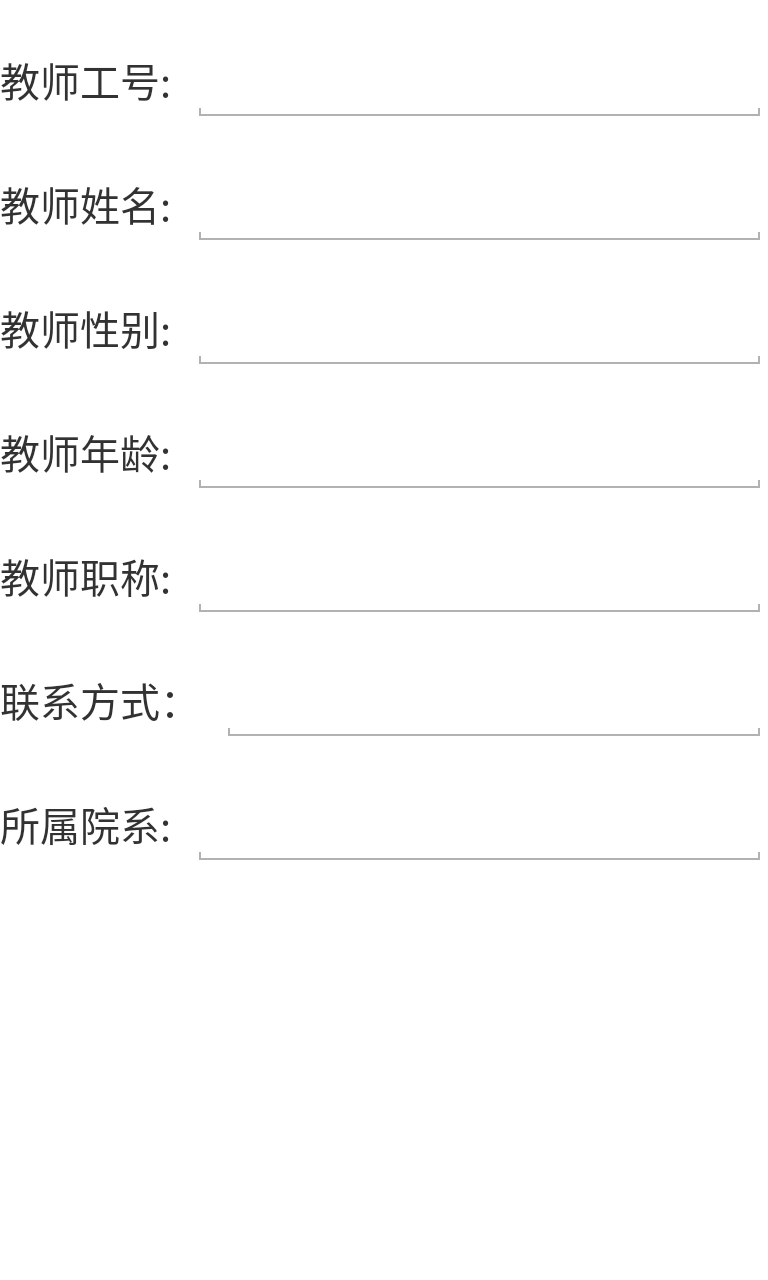
Repository: 15862175370/MyProject
Layout: 毕业设计系统源码_李伟/client/TeachSystem/res/layout/addteacher.xml
An editor plug-in stored every save of this project. The layout is shown before and after the next save, followed by the edit.
It is drawn on a 768 x 1280 px phone screen (xhdpi) without system bars, with theme AppTheme; the app's code is not run.

Above is the layout before, as saved 2016-05-20 08:55:42.

### 毕业设计系统源码_李伟/client/TeachSystem/res/layout/addteacher.xml
<?xml version="1.0" encoding="utf-8"?>
<LinearLayout xmlns:android="http://schemas.android.com/apk/res/android"
    android:layout_width="match_parent"
    android:layout_height="match_parent"
    android:orientation="vertical" >
    <LinearLayout
     android:id="@+id/cno_linearlayout"
      android:layout_width="match_parent"
        android:layout_height="wrap_content"
        android:orientation="horizontal"
        android:layout_marginTop="20dp"
        >
        <TextView
         android:id="@+id/teacher_tn"
         android:layout_width="wrap_content"
         android:layout_height="wrap_content"
         android:textSize="20dp"
         android:text="教师工号:"/>
        <EditText
            android:layout_marginLeft="10dp"
            android:id="@+id/myteacher_tno"
         android:layout_width="match_parent"
         android:layout_height="wrap_content"
          android:textSize="20dp"

            />

    </LinearLayout>
 <LinearLayout
     android:id="@+id/cno"
      android:layout_width="match_parent"
        android:layout_height="wrap_content"
        android:orientation="horizontal"
        android:layout_marginTop="20dp"
        >
        <TextView
         android:id="@+id/teach"
         android:layout_width="wrap_content"
         android:layout_height="wrap_content"
         android:textSize="20dp"
         android:text="教师姓名:"/>
        <EditText
            android:layout_marginLeft="10dp"
            android:id="@+id/myteacher_tname"
         android:layout_width="match_parent"
         android:layout_height="wrap_content"
          android:textSize="20dp"

            />

    </LinearLayout>


     <LinearLayout
     android:id="@+id/cname_linearlayout"
      android:layout_width="match_parent"
        android:layout_height="wrap_content"
        android:orientation="horizontal"
        android:layout_marginTop="20dp"

        >
        <TextView
         android:id="@+id/teacher_se"
         android:layout_width="wrap_content"
         android:layout_height="wrap_content"
         android:textSize="20dp"
         android:text="教师性别:"/>
        <EditText
              android:layout_marginLeft="10dp"
            android:id="@+id/myteacher_sex"
         android:layout_width="match_parent"
         android:layout_height="wrap_content"
          android:textSize="20dp"

            />

    </LinearLayout>


      <LinearLayout
     android:id="@+id/ctime_linearlayout"
      android:layout_width="match_parent"
        android:layout_height="wrap_content"
        android:orientation="horizontal"
        android:layout_marginTop="20dp"

        >
        <TextView
         android:id="@+id/mytea"
         android:layout_width="wrap_content"
         android:layout_height="wrap_content"
         android:textSize="20dp"
         android:text="教师年龄:"/>
        <EditText
              android:layout_marginLeft="10dp"
            android:id="@+id/myteacher_age"
         android:layout_width="match_parent"
         android:layout_height="wrap_content"
          android:textSize="20dp"

            />

    </LinearLayout>


       <LinearLayout
     android:id="@+id/cadress_linearlayout"
      android:layout_width="match_parent"
        android:layout_height="wrap_content"
        android:orientation="horizontal"
        android:layout_marginTop="20dp"

        >
        <TextView
         android:id="@+id/myteacher_pro"
         android:layout_width="wrap_content"
         android:layout_height="wrap_content"
         android:textSize="20dp"
         android:text="教师职称:"/>
        <EditText
              android:layout_marginLeft="10dp"
            android:id="@+id/teacher_prof"
         android:layout_width="match_parent"
         android:layout_height="wrap_content"
          android:textSize="20dp"

            />

    </LinearLayout>

        <LinearLayout
     android:id="@+id/content_linearlayout"
      android:layout_width="match_parent"
        android:layout_height="wrap_content"
        android:orientation="horizontal"
        android:layout_marginTop="20dp"

        >
        <TextView
         android:id="@+id/teacher_phone"
         android:layout_width="wrap_content"
         android:layout_height="wrap_content"
         android:textSize="20dp"
         android:text="联系方式："/>
        <EditText
              android:layout_marginLeft="10dp"
            android:id="@+id/myteacher_phone"
         android:layout_width="match_parent"
         android:layout_height="wrap_content"
          android:textSize="20dp"

            />

    </LinearLayout>

         <LinearLayout
     android:id="@+id/teacher_linearlayout"
      android:layout_width="match_parent"
        android:layout_height="wrap_content"
        android:orientation="horizontal"
        android:layout_marginTop="20dp"

        >
        <TextView
         android:id="@+id/teacher_textview"
         android:layout_width="wrap_content"
         android:layout_height="wrap_content"
         android:textSize="20dp"
         android:text="所属院系:"/>
        <EditText
              android:layout_marginLeft="10dp"
            android:id="@+id/myteacher_dept"
         android:layout_width="match_parent"
         android:layout_height="wrap_content"
          android:textSize="20dp"

            />

    </LinearLayout>

            <LinearLayout
     android:id="@+id/teacher_linearlay"
      android:layout_width="match_parent"
        android:layout_height="wrap_content"
        android:orientation="horizontal"
        android:layout_marginTop="20dp"

        >


    </LinearLayout>


</LinearLayout>

Loaded but not shown: 毕业设计系统源码_李伟/client/TeachSystem/res/values/styles.xml (common file); 毕业设计系统源码_李伟/client/TeachSystem/res/values-v11/styles.xml (common file); 毕业设计系统源码_李伟/client/TeachSystem/res/values-v14/styles.xml (common file)

After the next save:
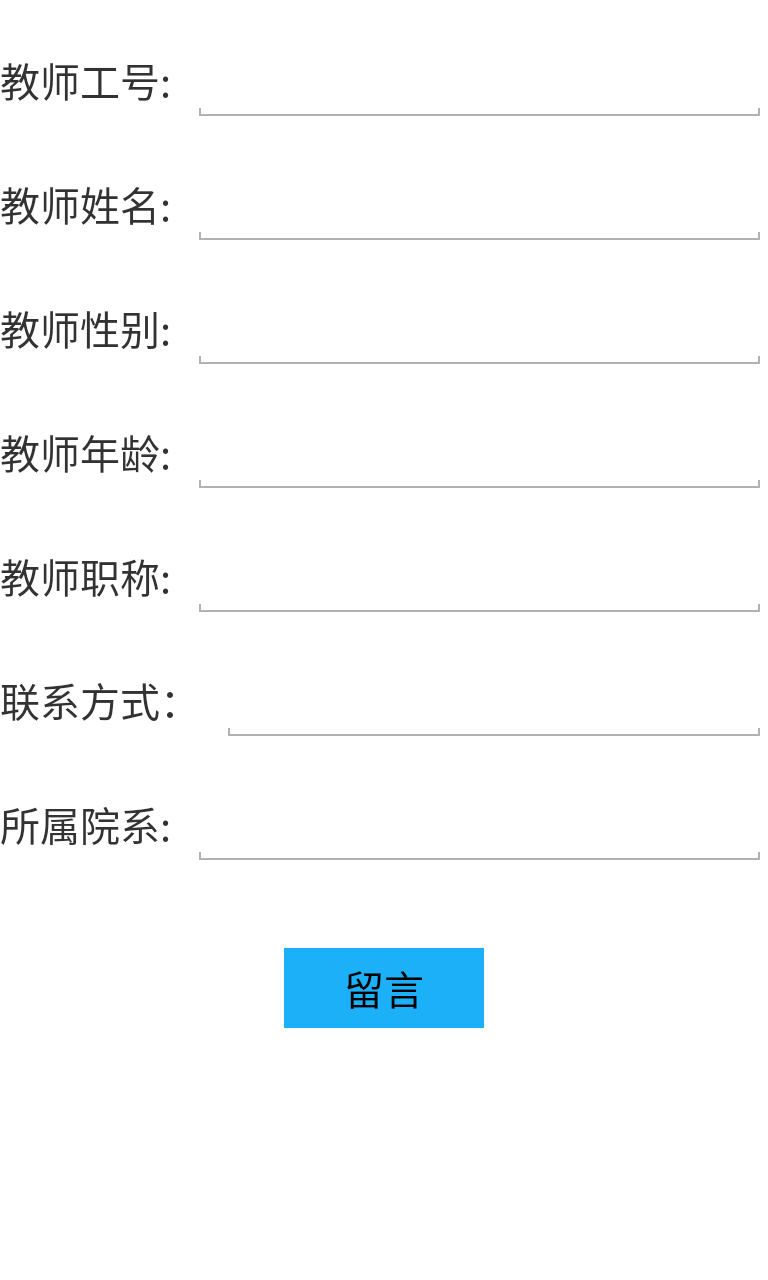
Saved 110 s later.
--- a/毕业设计系统源码_李伟/client/TeachSystem/res/layout/addteacher.xml
+++ b/毕业设计系统源码_李伟/client/TeachSystem/res/layout/addteacher.xml
@@ -190,5 +190,23 @@
 
     </LinearLayout>
 
+    <RelativeLayout
+           android:layout_height="wrap_content"
+             android:layout_width="match_parent"
+             android:layout_marginTop="20dp"
+
+            >
+            <Button
+                android:layout_centerInParent="true"
+                android:layout_marginLeft="30dp"
+             android:id="@+id/myteacher_message"
+             android:layout_height="40dp"
+               android:layout_width="100dp"
+               android:background="#1bb0f8"
+               android:textSize="20dp"
+               android:text="留言"
+                />
+        </RelativeLayout>
+
 
 </LinearLayout>
